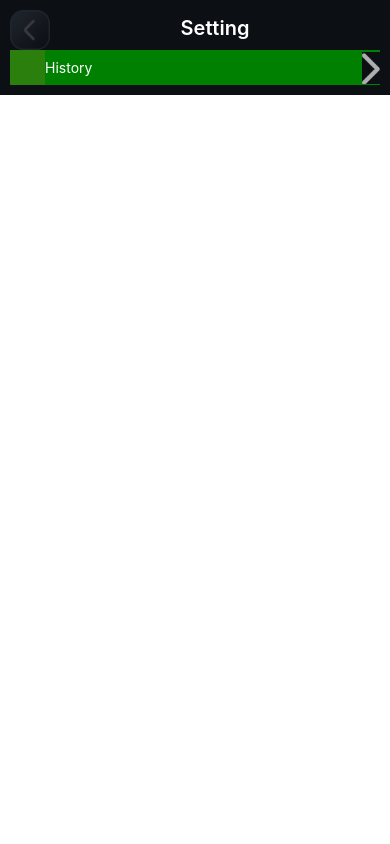
Repository: nguoilaisaochoi/App-coffe
Screen: /
These files come from the project's save history. The screen is drawn as it stood at one moment and after the next save; the edit follows.
The app was drawn by React Native's web renderer in a window 390 px wide. The project was rebuilt for these pictures with package versions that can differ from the ones it lists, and the page was loaded fresh each time.

Above is the screen before, as saved 2024-01-13 08:54:04.

After the next save:
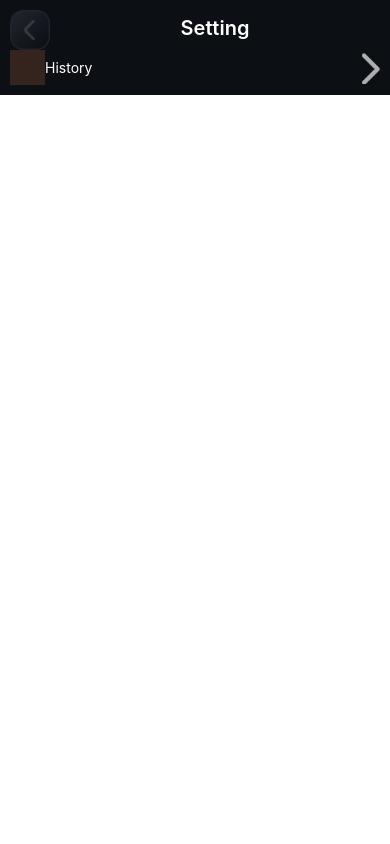
Saved 11 s later.
--- a/src/Setting.js
+++ b/src/Setting.js
@@ -52,7 +52,6 @@ const mystyle = StyleSheet.create({
   setting: {
     display: 'flex',
     flexDirection: 'row',
-    backgroundColor:'green',
     alignItems:'center',
   },
   text: {
